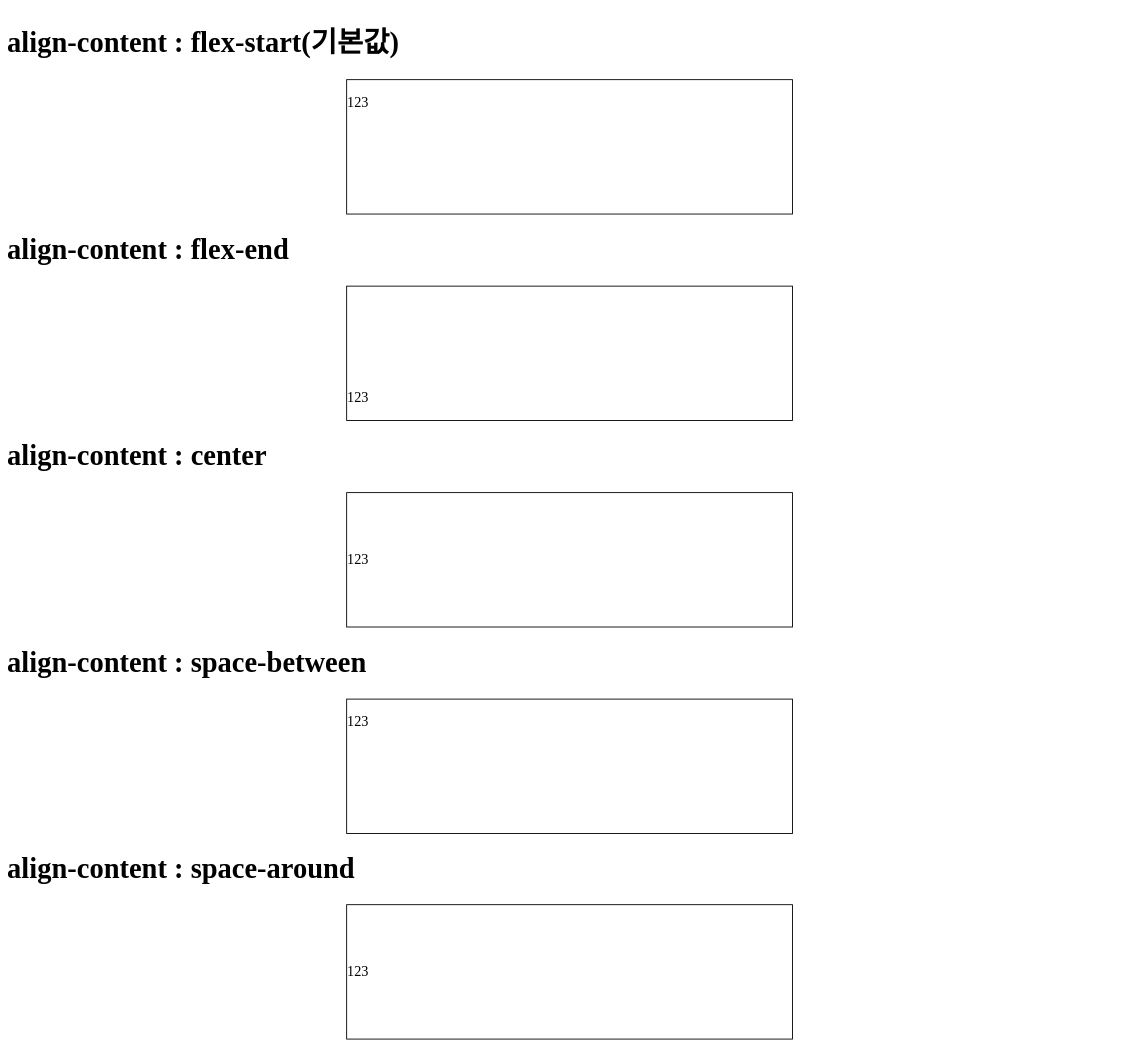
Repository: b1996om/HTML-CSS_study
Page: pro09/public/align-content.html
An editor plug-in stored every save of this project. The page is shown before and after the next save, followed by the edit.
The browser window is 1280 px wide. The pictures show the whole page, at 89% of full size.

Above is the page before, as saved 2022-12-09 07:16:13.

### pro09/public/align-content.html
<!DOCTYPE html>
<html lang="ko">
<head>
	<meta charset="utf-8">
	<title>플렉스 박스(align-content)</title>
	<style>
		.wrap {
			width:500px;
			height:150px;
			margin:0 auto 20px;
			display:flex;
			flex-wrap:wrap;
			border:1px solid black;
		}
		#con1 {
			align-content:flex-start;
		}
		#con2 {
			align-content:flex-end;
		}
		#con3 {
			align-content:center;
		}
		#con4 {
			align-content:space-between;
		}
		#con5 {
			align-content:space-around;
		}

	</style>
</head>
<body>
	<h1>align-content : flex-start(기본값)</h1>
	<div id="con1" class="wrap">
		<div><p>1</p></div>
		<div><p>2</p></div>
		<div><p>3</p></div>
	</div>
	<h1>align-content : flex-end</h1>
	<div id="con2" class="wrap">
		<div><p>1</p></div>
		<div><p>2</p></div>
		<div><p>3</p></div>
	</div>
	<h1>align-content : center</h1>
	<div id="con3" class="wrap">
		<div><p>1</p></div>
		<div><p>2</p></div>
		<div><p>3</p></div>
	</div>
	<h1>align-content : space-between</h1>
	<div id="con4" class="wrap">
		<div><p>1</p></div>
		<div><p>2</p></div>
		<div><p>3</p></div>
	</div>
	<h1>align-content : space-around</h1>
	<div id="con5" class="wrap">
		<div><p>1</p></div>
		<div><p>2</p></div>
		<div><p>3</p></div>
	</div>
</body>
</html>

After the next save:
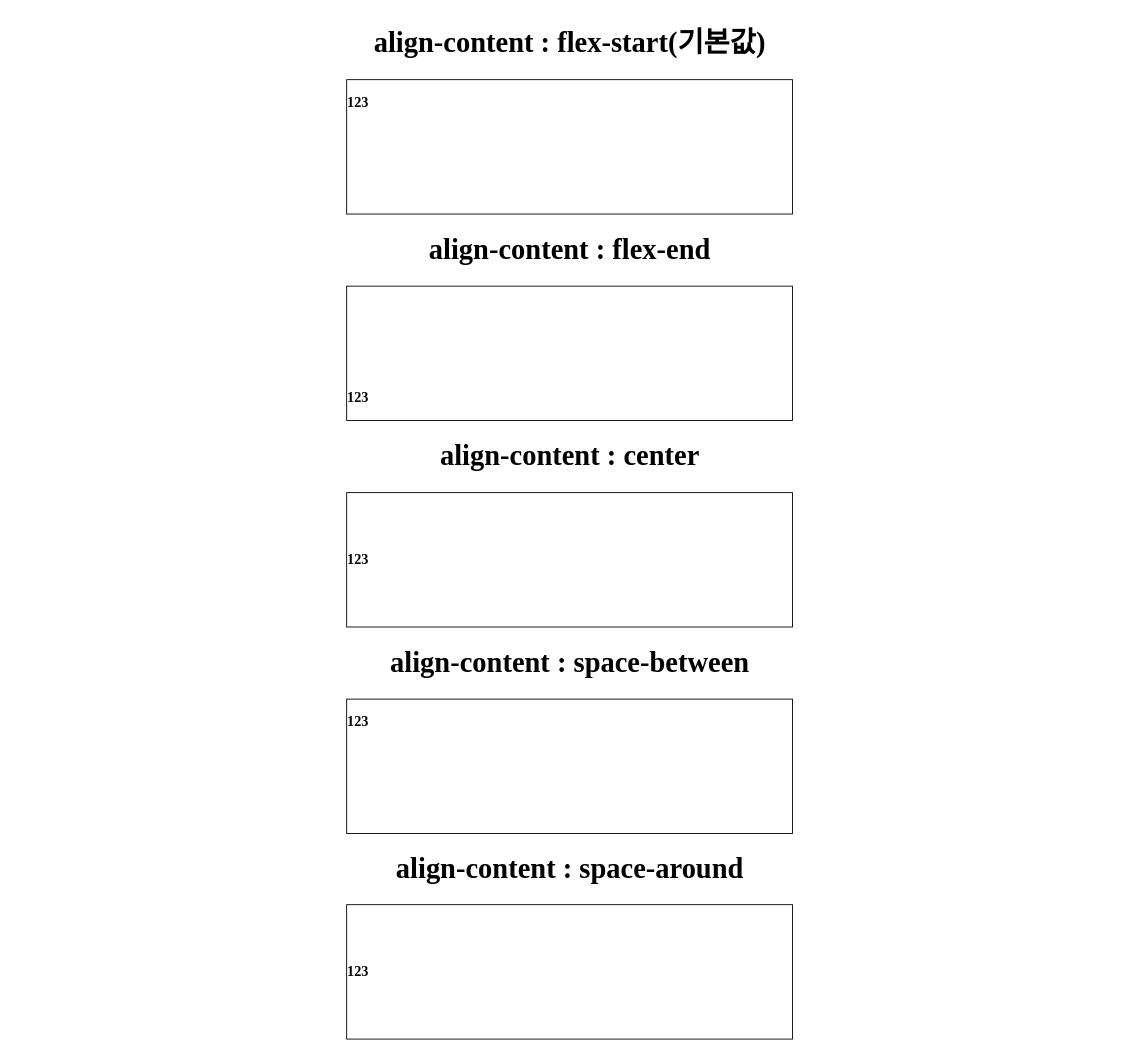
Saved 50 s later.
--- a/pro09/public/align-content.html
+++ b/pro09/public/align-content.html
@@ -26,6 +26,14 @@
 		}
 		#con5 {
 			align-content:space-around;
+		}
+		h1 {
+			text-align:center;
+		}
+		p {
+			font-weight:bold;
+			text-align:center;
+			font-weight:bold;
 		}
 
 	</style>
